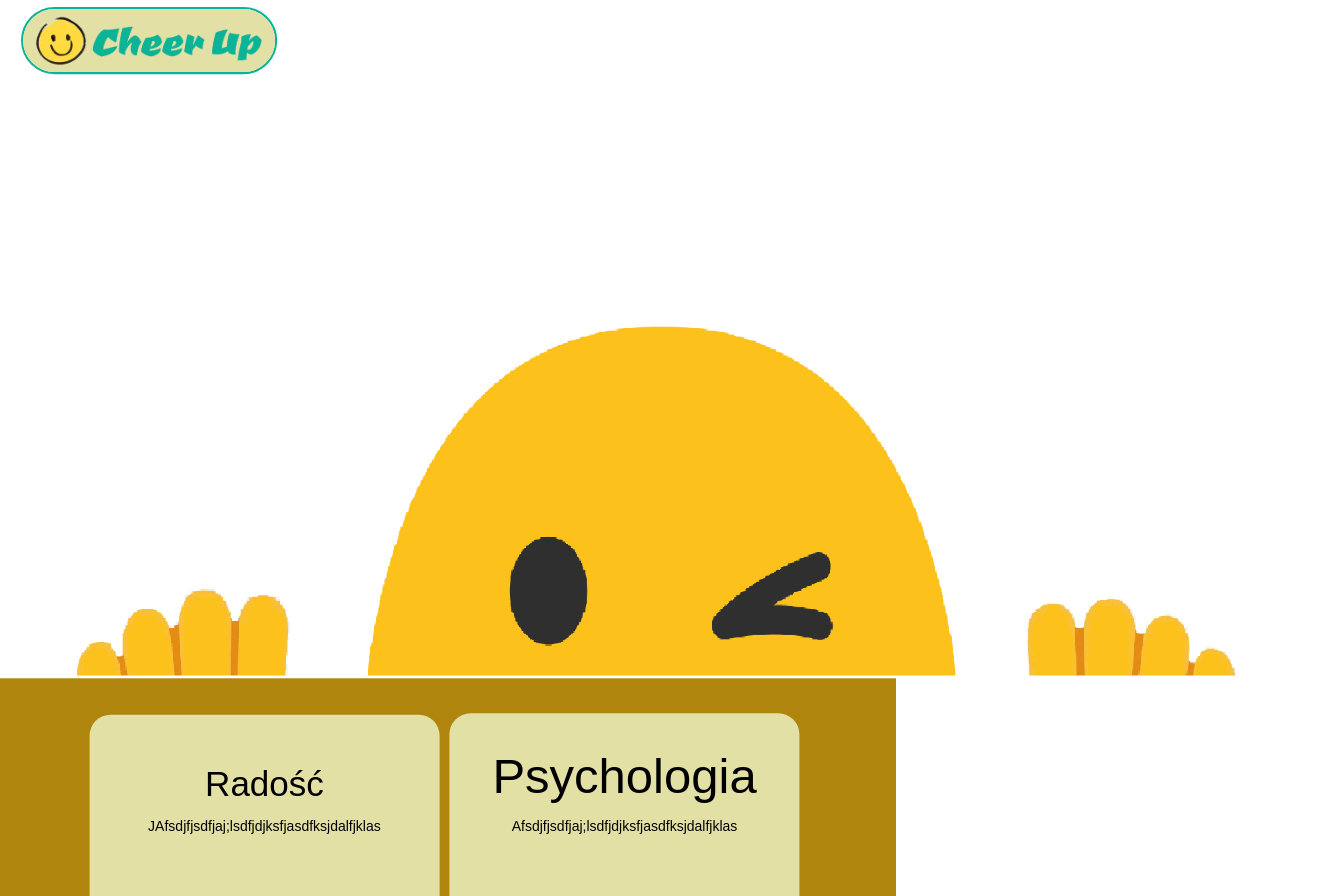
Repository: addstaw/moja-strona
Page: index.html
The author's editor kept a copy of each file at every save. The page is drawn from the files as they stood at one save, then again after the next save.
The browser window is 1280 px wide. The page is 1900 px wide, then 1280 px, so the pictures cover 1900 px, including what lies to the right of the window. The pictures show the part of the page from y = 0 to 1280 px (the page is 3171 px tall before and 2923 px after), at 70% of full size.
Some web fonts or font styles are not loaded; a fallback is used.

Above is the page before, as saved 2020-04-22 19:43:43.

After the next save:
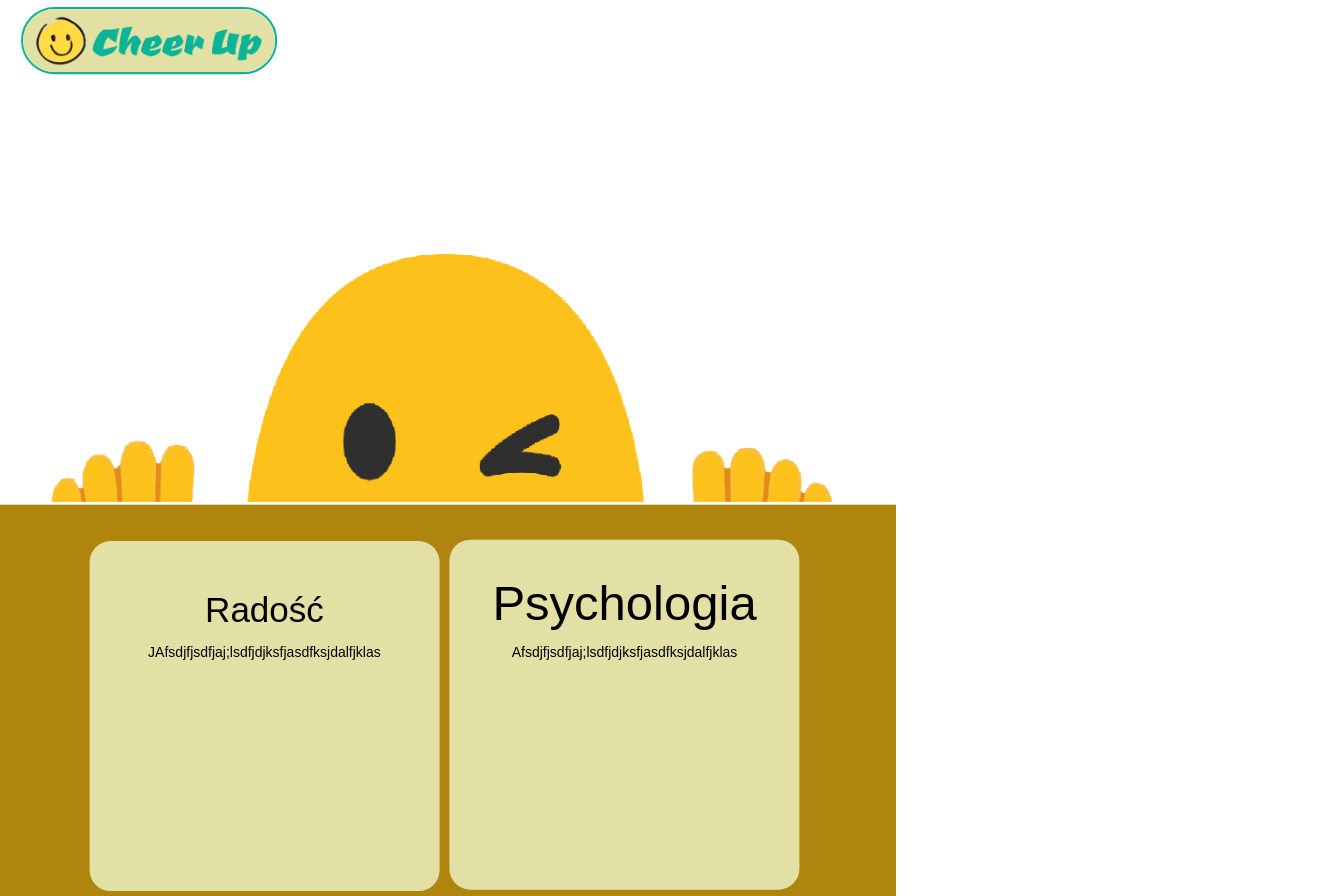
Saved 25 s later.
--- a/index.html
+++ b/index.html
@@ -21,7 +21,7 @@
                 </div>
             </header>
             <section>
-                <img id="emoticon" src="png/page3.png" width=1900" height="855"/>
+                <img id="emoticon" src="png/page3.png" width=100%" height="100%"/>
             </section>
         </div>
     <article>
